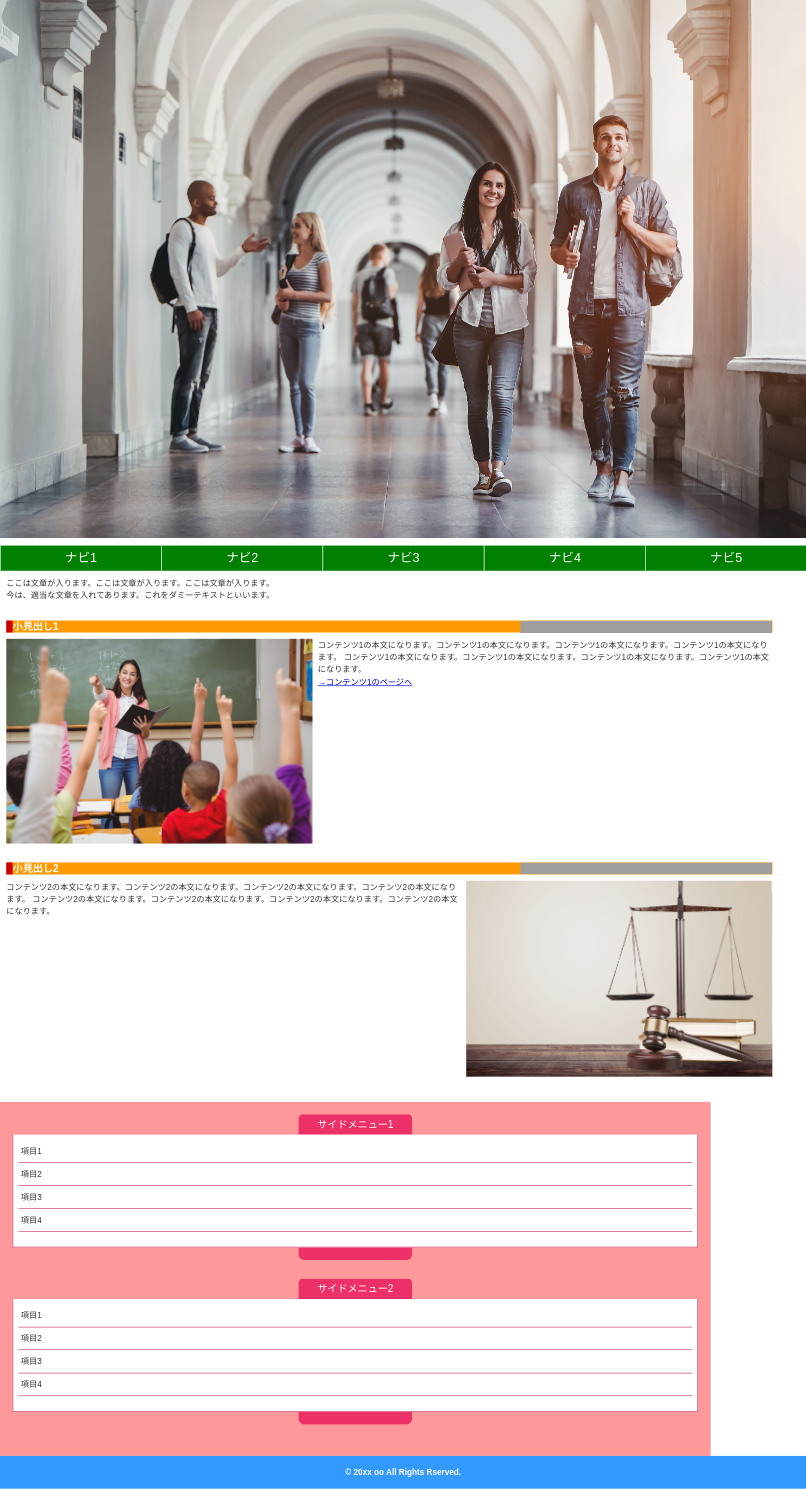
Repository: nagaiy/samurai_HTML-CSS
Page: a.html
The author's editor kept a record of every edit. The page is drawn from the files as they stood at one moment, then again after the next edit.
The browser window is 1280 px wide. The pictures show the whole page, at 63% of full size.
Pictures or frames that could not be fetched are drawn as grey boxes.

Above is the page before.

### a.html
<!DOCTYPE html>
<html lang="ja">
    <head>
        <meta charset="UTF-8">
        <title>HTML/CSSの学習</title>
        <link rel="stylesheet" href="stylesheet.css">
    </head>
    <body>
        <div id="header">
            <h1><a href="images"><img id="corridor"src="images/corridor.jfif"  /></a></h1>
        </div>
        <div id="wrapper">
            <div id="nav">
                <ul>
                    <li><a href="a.html">ナビ1</a></li>
                    <li><a href="#">ナビ2</a></li>
                    <li><a href="#">ナビ3</a></li>
                    <li><a href="#">ナビ4</a></li>
                    <li><a href="#">ナビ5</a></li>
                </ul>
            </div>
        <div id="container">
            <div id="main">
                <div class="post">
                    <p>ここは文章が入ります。ここは文章が入ります。ここは文章が入ります。<br/>今は、適当な文章を入れてあります。これをダミーテキストといいます。</p>
                </div>
                <div class="post clearfix">
                    <h2>小見出し1</h2>
                    <img class="left" src="images/classroom.jfif" art="授業風景" />
                    <p>
                        コンテンツ1の本文になります。コンテンツ1の本文になります。コンテンツ1の本文になります。コンテンツ1の本文になります。
                        コンテンツ1の本文になります。コンテンツ1の本文になります。コンテンツ1の本文になります。コンテンツ1の本文になります。
                    </p>
                    <p><a href="#">→コンテンツ1のページへ</a></p>
                </div>
                <div class="post clearfix">
                    <h2>小見出し2</h2>
                    <img class="right" src="images/scale.jfif" alt="天秤" />
                    <p>
                       コンテンツ2の本文になります。コンテンツ2の本文になります。コンテンツ2の本文になります。コンテンツ2の本文になります。
                       コンテンツ2の本文になります。コンテンツ2の本文になります。コンテンツ2の本文になります。コンテンツ2の本文になります。
                　　</p>
                </div>
            </div>
            <div id="side">
                <div class="box">
                    <h2>サイドメニュー1</h2>
                        <div class="boxBody">
                            <ul>
                                <li>項目1</li>
                                <li>項目2</li>
                                <li>項目3</li>
                                <li>項目4</li>
                            </ul>
                        </div>
                </div>
                <div class="box">
                    <h2>サイドメニュー2</h2>
                    <div class="boxBody">
                        <ul>
                            <li>項目1</li>
                            <li>項目2</li>
                            <li>項目3</li>
                            <li>項目4</li>
                        </ul>
                    </div>
               </div>
            </div>
        </div>
        <div id="footer">
            <p>&copy; 20xx oo All Rights Rserved.</p>
         </div>
    </body>
</html>

### stylesheet.css
@charset "utf-8";

body {
	margin: 0;
	padding: 0;
	font-family: "ヒラギノ角ゴ Pro W3", "Hiragino Kaku Gothic Pro", "メイリオ", Meiryo, Osaka, "ＭＳ Ｐゴシック", "MS PGothic", sans-serif;
	color: #333;
	font-size: 13px;
	line-height: 150%;
}

/* -------------------- wrapper -------------------- */
#wrapper {
    width: 100%;
    margin: auto;
    padding: 0px;
    border: 0px;
    background-color: #FFF;
    top: 10px;
    position: relative;
}
 /* -------------------- header -------------------- */
 #header {
 	width: 100%;
 }
 #header h1 {
 	 margin: 0;
	 padding: 0;
 }

 #corridor {
	 width: 100%;
	 height: auto;
 }

  /* -------------------- footer -------------------- */
 #footer{
       clear: both;
       width: 100%;
       padding: 3px 0 3px 0;
       background: #39F;
       color: #FFF;
       font-weight: bold;
       text-align: center;
 }

 /* -------------------- nav -------------------- */
 #nav{
   width: 100%;
 }
 #nav ul{
  display: flex;
   margin: 0;
   padding: 0;
   list-style-type: none;
 }
 #nav ul li {
   width: 20%;
   text-align: center;
 }
 #nav ul li a {
   display:  block;
   height: 20px;
   margin: 0;
   padding: 10px;
   color: #FFF;
   font-size: 20px;
   text-decoration: none;
   background-color: green;
   border-left: 1px solid white;
 }

 #nav ul li a:hover {
        filter: drop-shadow(10px 10px 10px black);
 }

 /* -------------------- container -------------------- */
 #contanier{
  width: 100%;
  margin: auto ;
  padding-top: 20px;
  clear: both;
  display: grid;
  grid-template-columns: 70vw 30vw;
 }
 /* -------------------- main -------------------- */
 #main{
  width: 95%;
  padding: 10px 30px 10px 10px;
 }
 #main h2{
  margin: 0 0 10px 0;
  color: #FFF;
  font-size: 16px;
  border-left: solid 10px #c00;
  background: #F90 url(../images/main_h2.jfif)right top repeat-y;
 }
 #main p{
  margin: 0;
  padding: 0;
 }
 #main .post{
  margin: 0 0 30px 0;
 }

 #main .post img.right{
  margin: 0 0 0 8px;
 }
 #main .post img.left{
  margin: 0 8px 0 0;
 }

 .right{
  float: right;
  width: 40%;
  height: auto;
 }
 .left{
  float: left;
  width: 40%;
  height: auto;
 }

 /* -------------------- clearfix -------------------- */
 .clearfix{
  zoom: 1;
 }
 .clearfix:after{
  content: "";
  display: block;
  clear: both;
 }

 /* -------------------- side -------------------- */
 #side{
  width: 85%;
  padding: 20px;
  background-color: #F99;
 }
 #side .box{
  margin: 0 auto 30px auto;
  padding: 0 0 20px 0;
  background: url(images/side_box.png) bottom no-repeat;
 }
 #side .box h2 {
	 margin: 0;
	 padding: 8px;
	 text-align: center;
	 color: #FFF;
	 font-size: 16px;
	 line-height: 16px;
	 font-weight: normal;
	 background: url(images/side_box_h2.png) center no-repeat;
 }
 #side .box .boxBody {
	 padding: 8px;
	 border-right: solid 1px #C36;
	 border-bottom: solid 1px #C36;
	 border-left: solid 1px #C36;
	 background: #fff;
 }
#side .box .boxBody ul {
	 margin: 0 0 16px 0;
	 padding: 0;
 }
#side .box .boxBody ul li {
	 padding: 8px 0 8px 4px;
	 list-style: none;
	 border-bottom: solid 1px #C36;
 }

 #side .box .boxBody ul li:hover {
  padding: 8px 0 8px 4px;
  list-style: none;
  border-bottom: solid 1px #C36;
  box-shadow: 0px 4px 4px rgba(0,0,0,0.3);
 }

After the next edit:
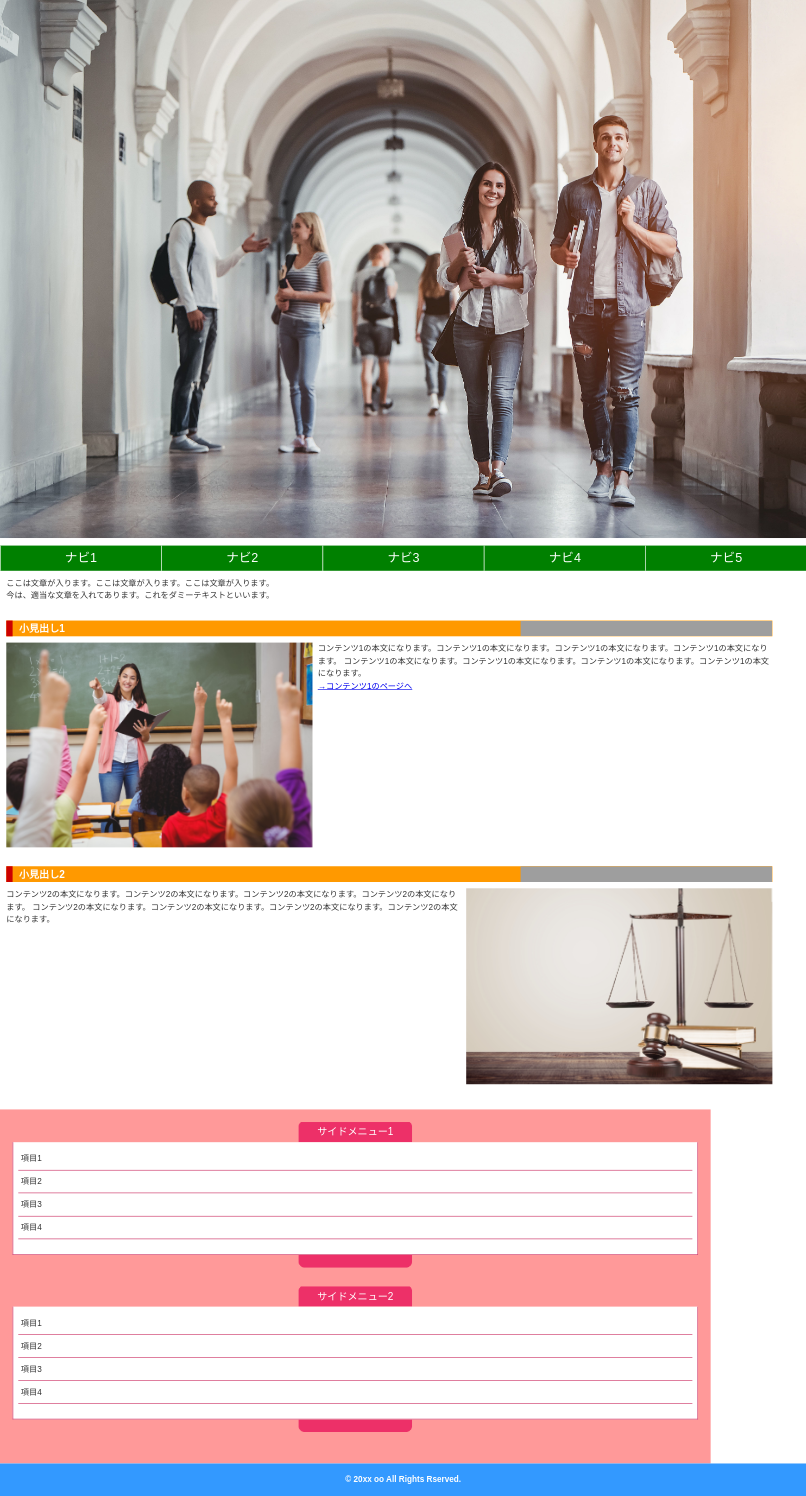
The edit:
--- a/stylesheet.css
+++ b/stylesheet.css
@@ -90,6 +90,7 @@
  }
  #main h2{
   margin: 0 0 10px 0;
+  padding: 3px 10px 3px 10px;
   color: #FFF;
   font-size: 16px;
   border-left: solid 10px #c00;
